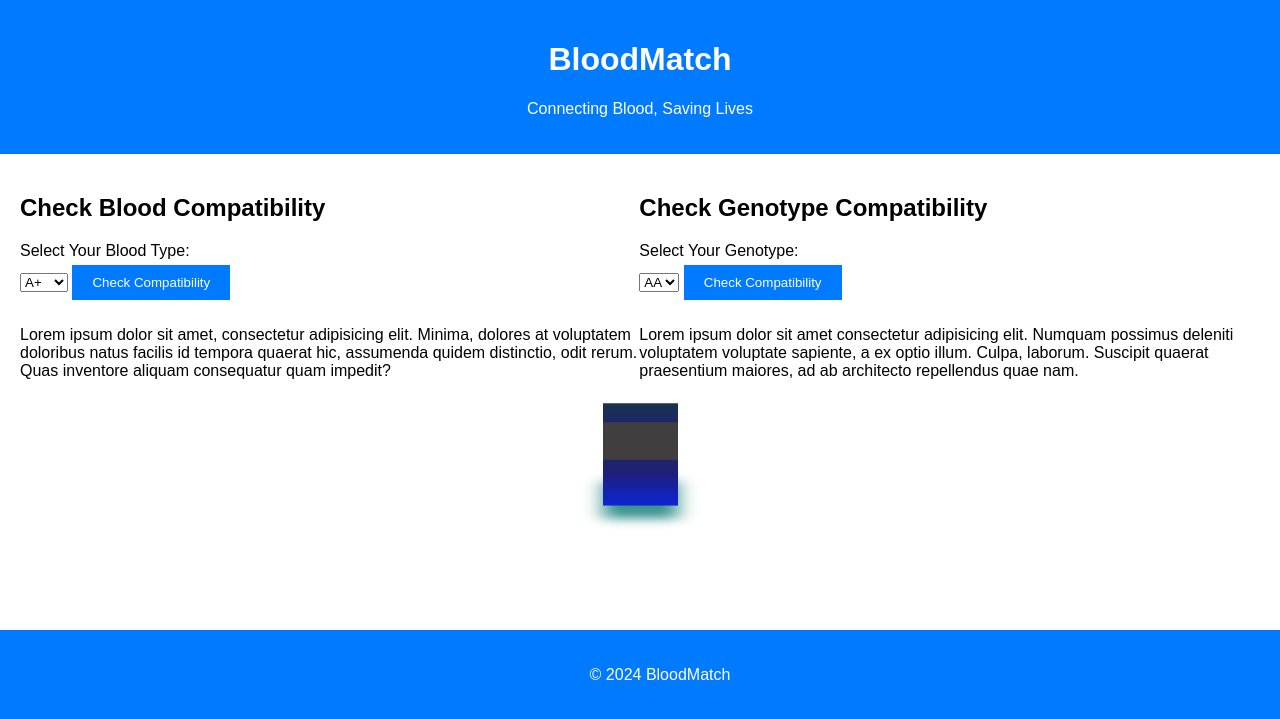
Repository: JuliusMonday/BloodMatch
Page: index.html
These files come from the project's save history. The page is drawn as it stood at one moment and after the next save; the edit follows.
The browser window is 1280 px wide. The pictures show the whole page.

Above is the page before, as saved 2024-05-02 16:33:38.

After the next save:
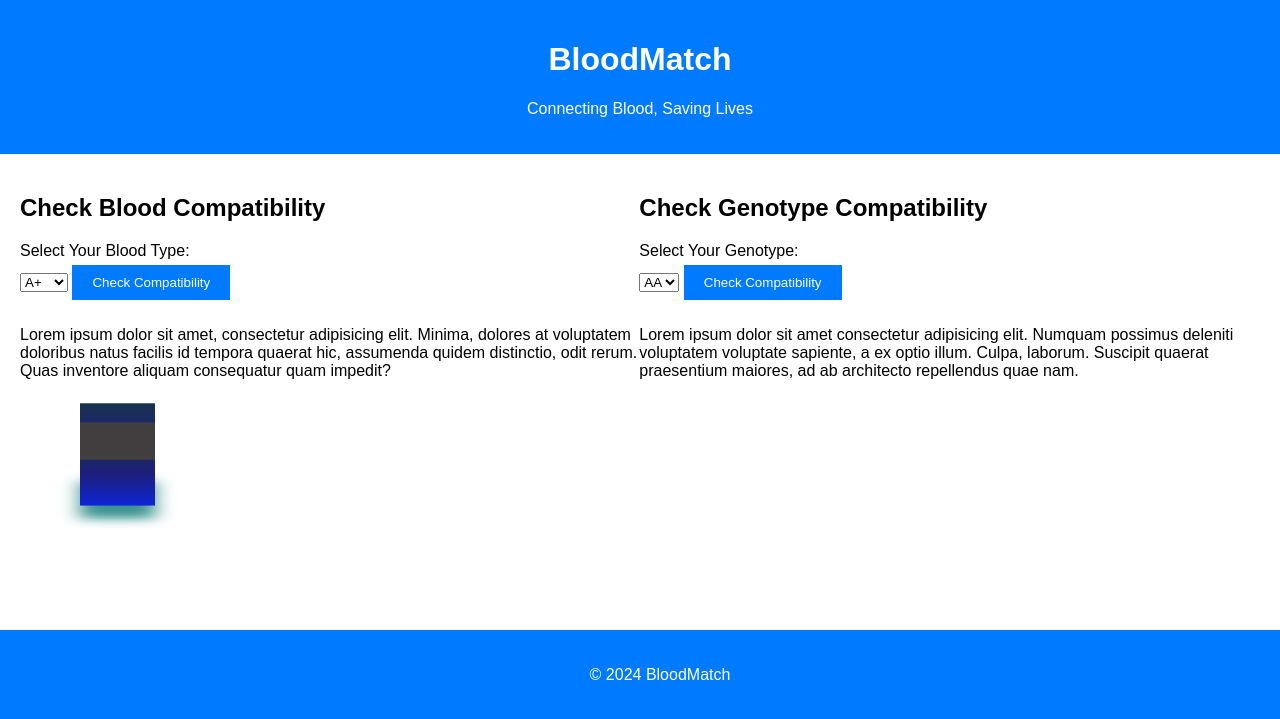
Saved 5 s later.
--- a/style.css
+++ b/style.css
@@ -121,7 +121,7 @@ body {
         text-align: center;
         display:grid;
         place-items: center;
-        margin: auto ;
+        margin: auto 80px;
       }
 
 @media (min-width: 768px){
